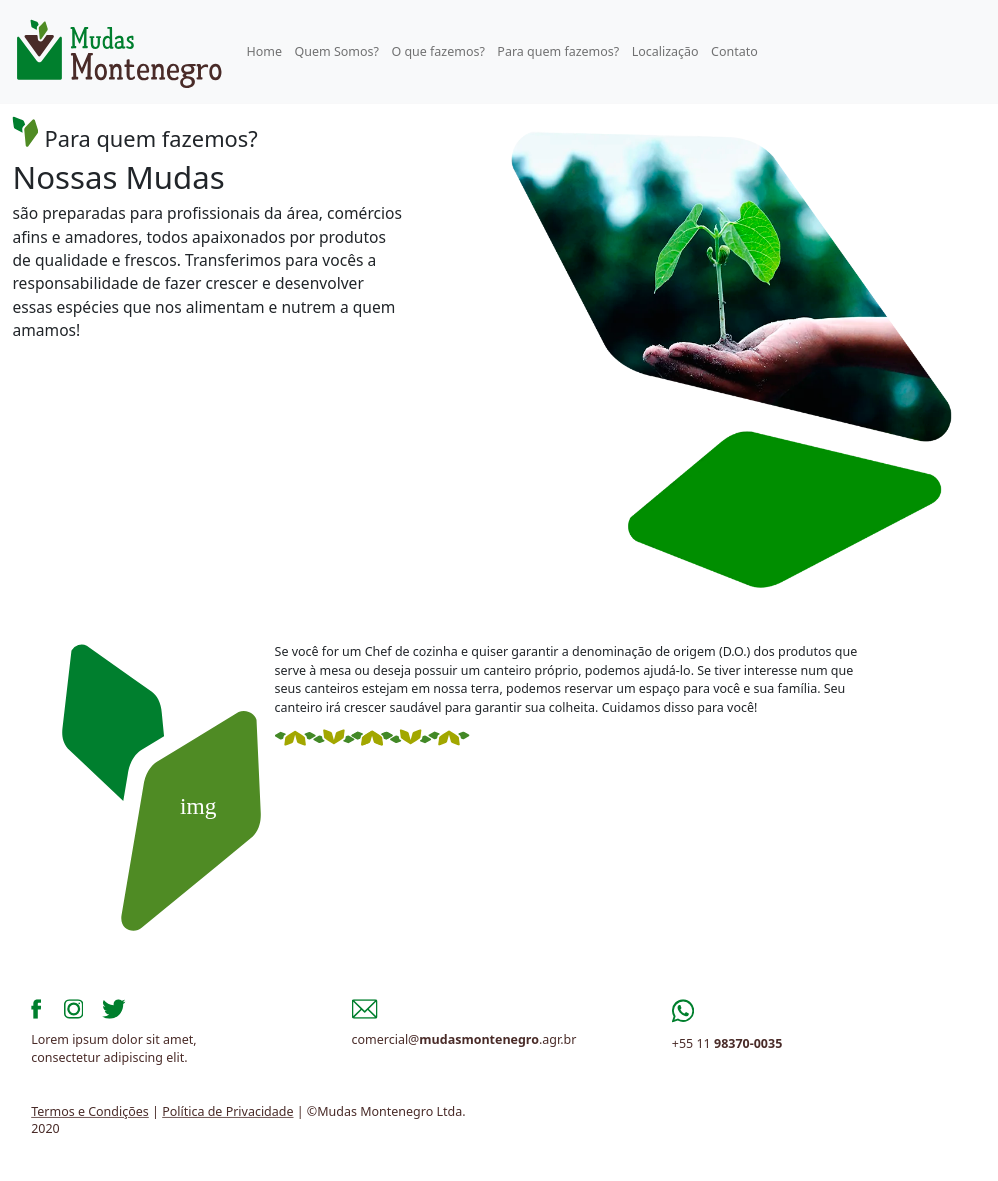
Repository: MaKnok/mudas-montenegro
Page: para-quem-fazemos.html
An editor plug-in stored every save of this project. The page is shown before and after the next save, followed by the edit.
The browser window is 1280 px wide. The pictures show the whole page, at 78% of full size.
Some web libraries are served in a nearby version.

Above is the page before, as saved 2021-06-17 09:42:57.

### para-quem-fazemos.html
<!DOCTYPE html>
<html lang="pt-br">

<head>
    <meta charset="utf-8">
    <meta name="viewport" content="width=device-width, initial-scale=1">
    <link rel="icon" type="image/png" href="img/icons/favicon.png"/>
    <title>Mudas Montenegro</title>
    <link href="https://cdn.jsdelivr.net/npm/bootstrap@5.0.1/dist/css/bootstrap.min.css" rel="stylesheet" integrity="sha384-+0n0xVW2eSR5OomGNYDnhzAbDsOXxcvSN1TPprVMTNDbiYZCxYbOOl7+AMvyTG2x" crossorigin="anonymous">
    <script src="https://use.fontawesome.com/releases/v5.0.8/js/all.js"></script>
    <link href="style.css" rel="stylesheet">
</head>

<body>

<!-- Navigation -->
<nav class="navbar navbar-expand-md navbar-light bg-light sticky-top">

  <div class="container-fluid">

    <a class="navbar-brand logo" href="index.html"><img src="img/logo_mudas_mont.svg" alt="Mudas Montenegro"></a>

    <button class="navbar-toggler" type="button" data-toggle="collapse" data-target="#navbarResponsive">
        <span class="navbar-toggler-icon"></span>
    </button>

     <div class="collapse navbar-collapse" id="navbarResponsive">
       <ul class="navbar-nav ml-auto">
            <li class="nav-item active">
              <a class="nav-link" href="index.html">Home</a>
          </li>
            <li class="nav-item">
              <a class="nav-link" href="quem-somos.html">Quem Somos?</a>
            </li>
            <li class="nav-item">
              <a class="nav-link" href="o-que-fazemos.html">O que fazemos?</a>
            </li>
            <li class="nav-item">
              <a class="nav-link" href="para-quem-fazemos.html">Para quem fazemos?</a>
            </li>
            <li class="nav-item">
              <a class="nav-link" href="localizacao.html">Localização</a>
            </li>
            <li class="nav-item">
              <a class="nav-link" href="contato.html">Contato</a>
            </li>
        </ul>
    </div>


  </div>

</nav>

<!--- Image Top -->

<div class="container-fluid">

  <div class="row jumbotron section-top">

    <div class="col-xs-12 col-sm-12 col-md-4 col-lg-4 col-xl-5 content-top">

      <h3 class="page-title">Para quem fazemos?</h3>

      <h1 class="page-slogan">
        Nossas Mudas
      </h1>

      <p class="lead">
        são preparadas para profissionais da área, comércios afins e amadores,
        todos apaixonados por produtos de qualidade e frescos. Transferimos
        para vocês a responsabilidade de fazer crescer e desenvolver essas
        espécies que nos alimentam e nutrem a quem amamos!
      </p>

    </div>

    <div class="col-xs-12 col-sm-12 col-md-8 col-lg-8 col-xl-7 image-top">

       <source srcset="img/leaves_desktop_img.webp 2x,img/leaves_desktop_img.webp"
              media="(min-width: 992px)"/>

       <img src="img/leaves_desktop_img.webp" class="img-fluid" alt="Muda">

    </div>

  </div>

</div>

<div class="wrapper">

  <div class="container-fluid padding">

    <div class="row content">

      <div class="col-xs-12 col-sm-12 col-md-4 col-lg-4 col-xl-3">
        <img src="img/img_temp.svg" class="float-left" alt="Vida urbana">
      </div>

      <div class="col-xs-12 col-sm-12 col-md-7 col-lg-7 col-xl-8">
        <p>
          Se você for um Chef de cozinha e quiser garantir a denominação
          de origem (D.O.) dos produtos que serve à mesa ou deseja possuir um canteiro próprio, podemos ajudá-lo.  Se tiver interesse num que seus canteiros estejam em nossa  terra, podemos reservar um espaço para você e sua família. Seu canteiro irá crescer saudável para garantir sua colheita. Cuidamos disso para você!
        </p>
        <img src="img/leaves_section_longer.svg" class="leaves-home">
      </div>

    </div>

  </div>

</div>


<!--- Footer -->
<footer>

  <div class="container-fluid padding">

    <div class="row text-left">

      <div class="col-md-4">

        <ul class="social-icons">
            <li class="social-icon social-icon_first"><a href="#"><img src="img/icons/facebook.svg"></a></li>
            <li class="social-icon social-icon_second"><a href="#"><img src="img/icons/instagram.svg"></a></li>
            <li class="social-icon social-icon_third"><a href="#"><img src="img/icons/twitter.svg"></a></li>
        </ul>
        <p>Lorem ipsum dolor sit amet, <br/>consectetur adipiscing elit.</p>

      </div>

      <div class="col-md-4">

        <img src="img/icons/mail.svg" class="contact-icon">
        <p>comercial@<span class="phrase-bold">mudasmontenegro</span>.agr.br</p>

      </div>

      <div class="col-md-4">

        <img src="img/icons/whatsapp.svg" class="contact-icon contact-icon-zap">
        <p>+55 11 <span class="phrase-bold">98370-0035</span></p>

      </div>

    </div>

    <div class="row text-left">
        <div class="col-md-6">
          <p class="terms-conditions"><a href="#">Termos e Condições</a> | <a href="#">Política de Privacidade</a> | ©Mudas Montenegro Ltda. 2020 </p>
        </div>
    </div>

  </div>

</footer>

<script src="https://cdn.jsdelivr.net/npm/bootstrap@5.0.1/dist/js/bootstrap.bundle.min.js" integrity="sha384-gtEjrD/SeCtmISkJkNUaaKMoLD0//ElJ19smozuHV6z3Iehds+3Ulb9Bn9Plx0x4" crossorigin="anonymous"></script>

</body>
</html>

### style.css
@import url("https://fonts.googleapis.com/css2?family=Fira+Sans:ital,wght@0,200;0,300;0,400;0,500;0,600;0,700;1,200;1,300;1,400;1,500;1,600;1,700&display=swap");

/*---Media Queries --*/

html {
  -webkit-box-sizing: border-box;
  -moz-box-sizing: border-box;
  box-sizing: border-box;
}

*,
*:before,
*:after {
  -webkit-box-sizing: border-box;
  -moz-box-sizing: border-box;
  box-sizing: inherit;
}

@media (min-width: 992px) {
  .leaves-home {
    width: 250px;
    margin-bottom: 20px;
  }

  .logo {
    width: 280px;
  }

  .phrase-home {
    font-size: 35px;
    line-height: 45px;
  }

  .carousel-caption {
    width: 550px;
    z-index: 10;
    color: #fff;
    text-align: left;
    top: 40%;
    left: 10%;
    bottom: auto;
    -webkit-transform: translate(0, -50%);
    -ms-transform: translate(0, -50%);
    transform: translate(0, -50%);
  }
}

@media (max-width: 991.98px) {
  .leaves-home {
    width: 190px;
    margin-bottom: 15px;
  }

  .logo {
    width: 220px;
  }

  .phrase-home {
    font-size: 30px;
    line-height: 40px;
  }

  .carousel-caption {
    width: 400px;
    z-index: 10;
    color: #fff;
    text-align: left;
    top: 35%;
    left: 10%;
    bottom: auto;
    -webkit-transform: translate(0, -50%);
    -ms-transform: translate(0, -50%);
    transform: translate(0, -50%);
  }
}

@media (max-width: 767.98px) {
  .carousel-caption {
    width: 400px;
    z-index: 10;
    color: #fff;
    text-align: left;
    top: 35%;
    left: 10%;
    bottom: auto;
    -webkit-transform: translate(0, -50%);
    -ms-transform: translate(0, -50%);
    transform: translate(0, -50%);
  }

  .leaves-home {
    width: 190px;
    margin-bottom: 20px;
  }

  .logo {
    width: 220px;
  }

  .pandemia {
    display: flex;
  }

  .pandemia > .content-2 {
    order: -1;
  }

  .phrase-home {
    font-size: 25px;
    line-height: 35px;
  }

  .section-top {
    display: flex;
  }

  .section-top > .image-top {
    order: -1;
  }
}

@media (max-width: 575.98px) {
  .carousel-caption {
    width: 200px;
    z-index: 10;
    color: #fff;
    text-align: left;
    top: 50%;
    left: 8%;
    bottom: auto;
    -webkit-transform: translate(0, -50%);
    -ms-transform: translate(0, -50%);
    transform: translate(0, -50%);
  }

  .leaves-home {
    width: 130px;
    margin-bottom: 10px;
  }

  .logo {
    width: 180px;
  }

  .phrase-home {
    font-size: 16px;
    line-height: 24px;
  }
}

/*---Firefox Bug Fix --*/
.carousel-item {
  transition: -webkit-transform 0.5s ease;
  transition: transform 0.5s ease;
  transition: transform 0.5s ease, -webkit-transform 0.5s ease;
  -webkit-backface-visibility: visible;
  backface-visibility: visible;
  background-color: #000;
}

/*--- Fixed Background Image --*/
figure {
  position: relative;
  width: 100%;
  height: 60%;
  margin: 0 !important;
}

footer {
  background-color: #fff;
  color: #492b28;
  line-height: 22px;
  padding: 1.5rem;
}

ul,
ol,
li {
  list-style: none;
}

ul {
  padding-inline-start: 0;
}

.fixed-wrap {
  clip: rect(0, auto, auto, 0);
  position: absolute;
  top: 0;
  left: 0;
  width: 100%;
  height: 100%;
}

#fixed {
  background-image: url("img/mac.png");
  position: fixed;
  display: block;
  top: 0;
  left: 0;
  width: 100%;
  height: 100%;
  background-size: cover;
  background-position: center center;
  -webkit-transform: translateZ(0);
  transform: translateZ(0);
  will-change: transform;
}
/*--- Bootstrap Padding Fix --*/
[class*="col-"] {
  padding: 1rem;
}

.carousel-caption {
  text-align: left;
}

.contact-icon {
  margin-bottom: 16px;
}

.page-title {
  font-weight: ;
}

.page-title::before {
  content: "";
  display: inline-block;
  background-image: url(img/icons/leaves.svg);
  background-size: 33px 40px;
  width: 33px;
  height: 40px;
  margin-right: 8px;
}

.phrase-home {
  font-family: "Fira Sans", sans-serif;
}

.phrase-bold {
  font-weight: 600;
}

.picture-home {
  opacity: 0.7;
}

.section-top {
  background-color: #fff;
}

.social-icons {
  text-align: left;
}

.social-icon:not(:first-child) {
  margin-left: 20px;
}

.social-icon:first-child {
  margin-right: 5px;
}

.social-icon {
  display: inline-block;
}

.social-icon > a > img,
.contact-icon {
  height: 25px;
}

.contact-icon-zap {
  height: 30px;
}

.terms-conditions a {
  color: #492b28;
}

.wrapper {
  padding: 0 2em;
}

/*
Extra small (xs) devices (portrait phones, less than 576px)
No media query since this is the default in Bootstrap

Small (sm) devices (landscape phones, 576px and up)
@media (min-width: 576px) { ... }

Medium (md) devices (tablets, 768px and up)
@media (min-width: 768px) { ... }

Large (lg) devices (desktops, 992px and up)
@media (min-width: 992px) { ... }

Extra (xl) large devices (large desktops, 1200px and up)
@media (min-width: 1200px) { ... }
*/

After the next save:
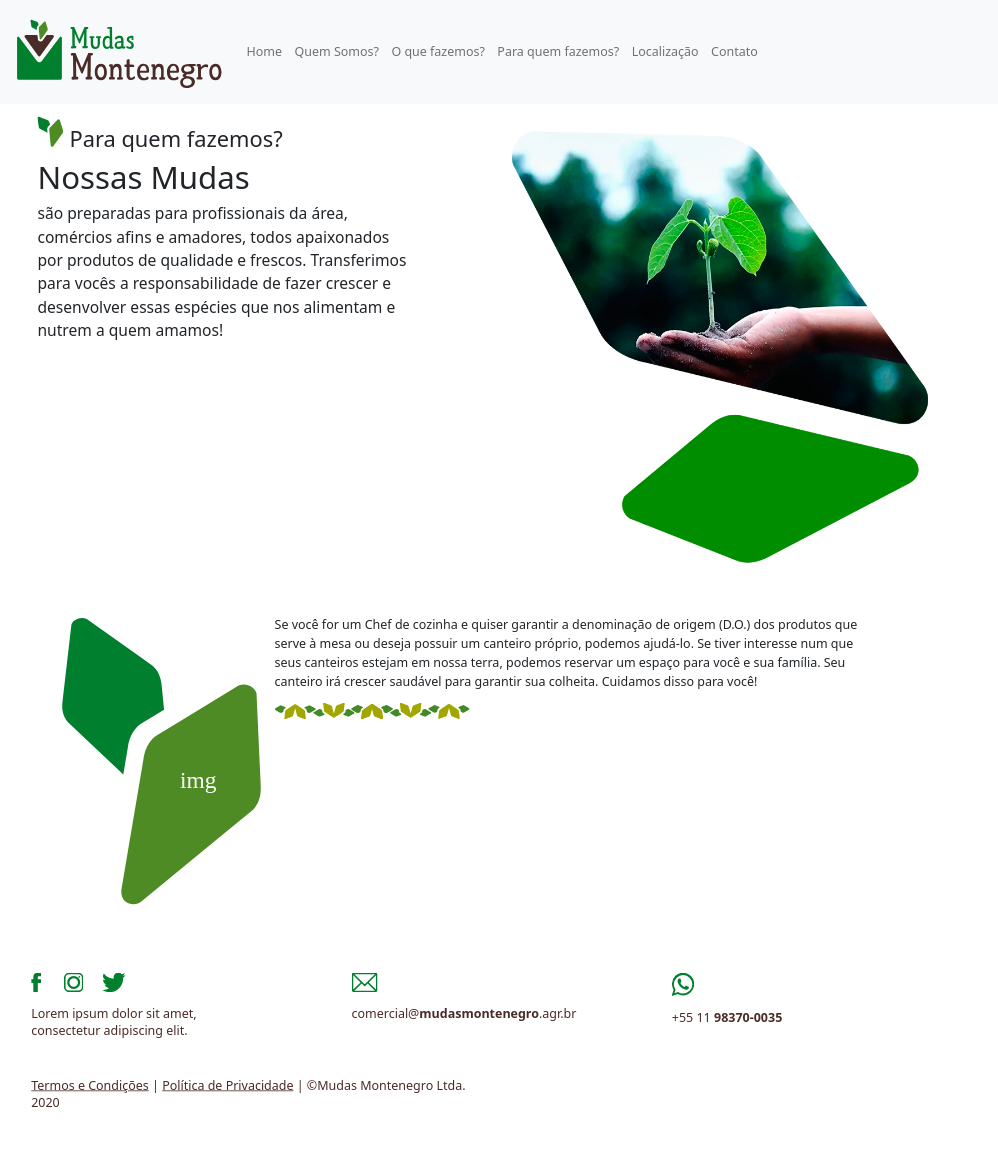
Saved 102 s later.
--- a/para-quem-fazemos.html
+++ b/para-quem-fazemos.html
@@ -54,39 +54,44 @@
 
 <!--- Image Top -->
 
-<div class="container-fluid">
+<div class="wrapper">
 
-  <div class="row jumbotron section-top">
+  <div class="container-fluid">
 
-    <div class="col-xs-12 col-sm-12 col-md-4 col-lg-4 col-xl-5 content-top">
+    <div class="row jumbotron section-top">
 
-      <h3 class="page-title">Para quem fazemos?</h3>
+      <div class="col-xs-12 col-sm-12 col-md-4 col-lg-4 col-xl-5 content-top">
 
-      <h1 class="page-slogan">
-        Nossas Mudas
-      </h1>
+        <h3 class="page-title">Para quem fazemos?</h3>
 
-      <p class="lead">
-        são preparadas para profissionais da área, comércios afins e amadores,
-        todos apaixonados por produtos de qualidade e frescos. Transferimos
-        para vocês a responsabilidade de fazer crescer e desenvolver essas
-        espécies que nos alimentam e nutrem a quem amamos!
-      </p>
+        <h1 class="page-slogan">
+          Nossas Mudas
+        </h1>
 
-    </div>
+        <p class="lead">
+          são preparadas para profissionais da área, comércios afins e amadores,
+          todos apaixonados por produtos de qualidade e frescos. Transferimos
+          para vocês a responsabilidade de fazer crescer e desenvolver essas
+          espécies que nos alimentam e nutrem a quem amamos!
+        </p>
 
-    <div class="col-xs-12 col-sm-12 col-md-8 col-lg-8 col-xl-7 image-top">
+      </div>
 
-       <source srcset="img/leaves_desktop_img.webp 2x,img/leaves_desktop_img.webp"
-              media="(min-width: 992px)"/>
+      <div class="col-xs-12 col-sm-12 col-md-8 col-lg-8 col-xl-7 image-top">
 
-       <img src="img/leaves_desktop_img.webp" class="img-fluid" alt="Muda">
+         <source srcset="img/leaves_desktop_img.webp 2x,img/leaves_desktop_img.webp"
+                media="(min-width: 992px)"/>
+
+         <img src="img/leaves_desktop_img.webp" class="img-fluid" alt="Muda">
+
+      </div>
 
     </div>
 
   </div>
 
 </div>
+
 
 <div class="wrapper">
 
